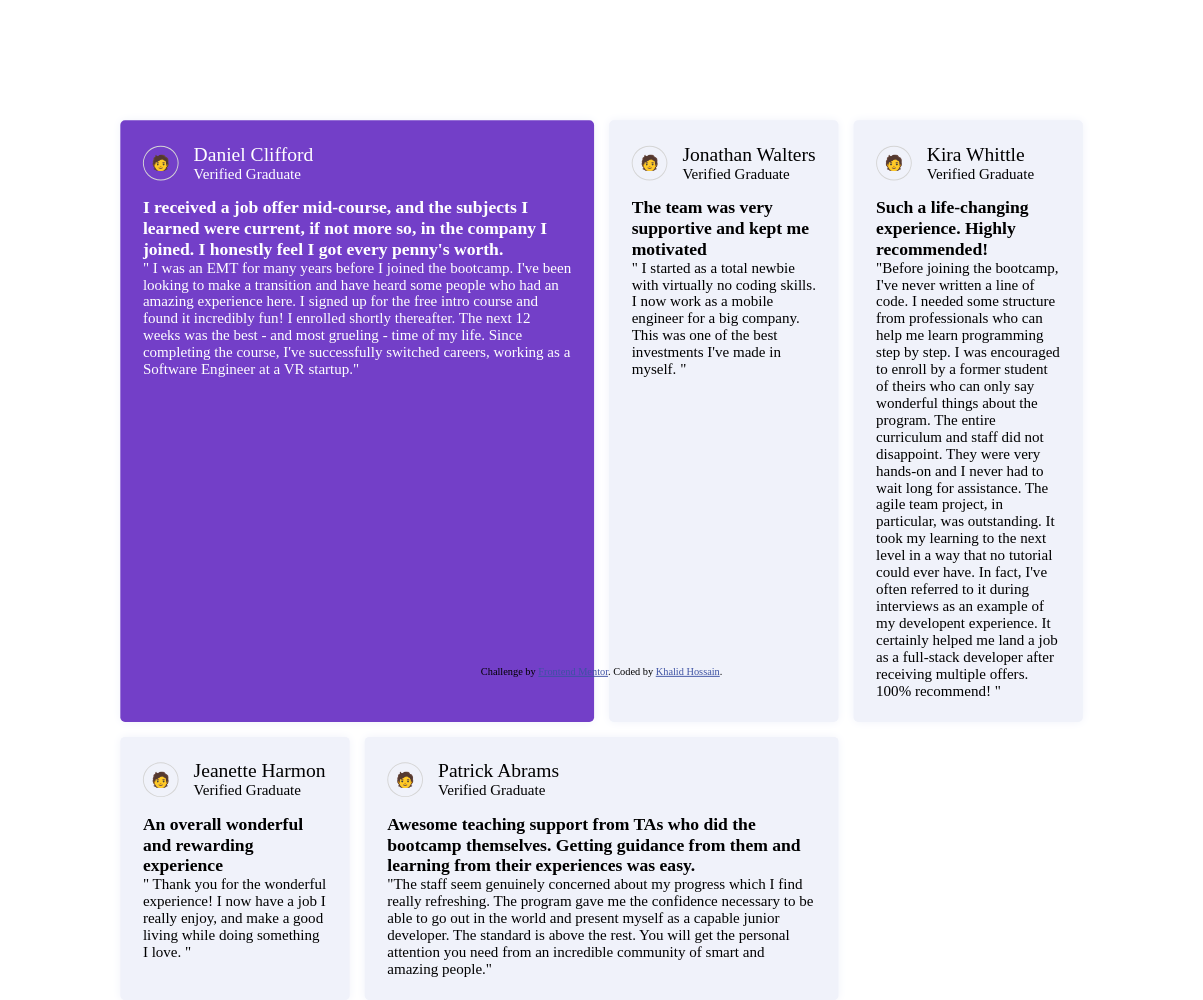
Repository: badhon252/Testimonials-Grid-Section
Page: index.html
An editor plug-in stored every save of this project. The page is shown before and after the next save, followed by the edit.
The browser window is 1280 px wide. The pictures show the whole page, at 94% of full size.

Above is the page before, as saved 2023-02-18 16:46:31.

After the next save:
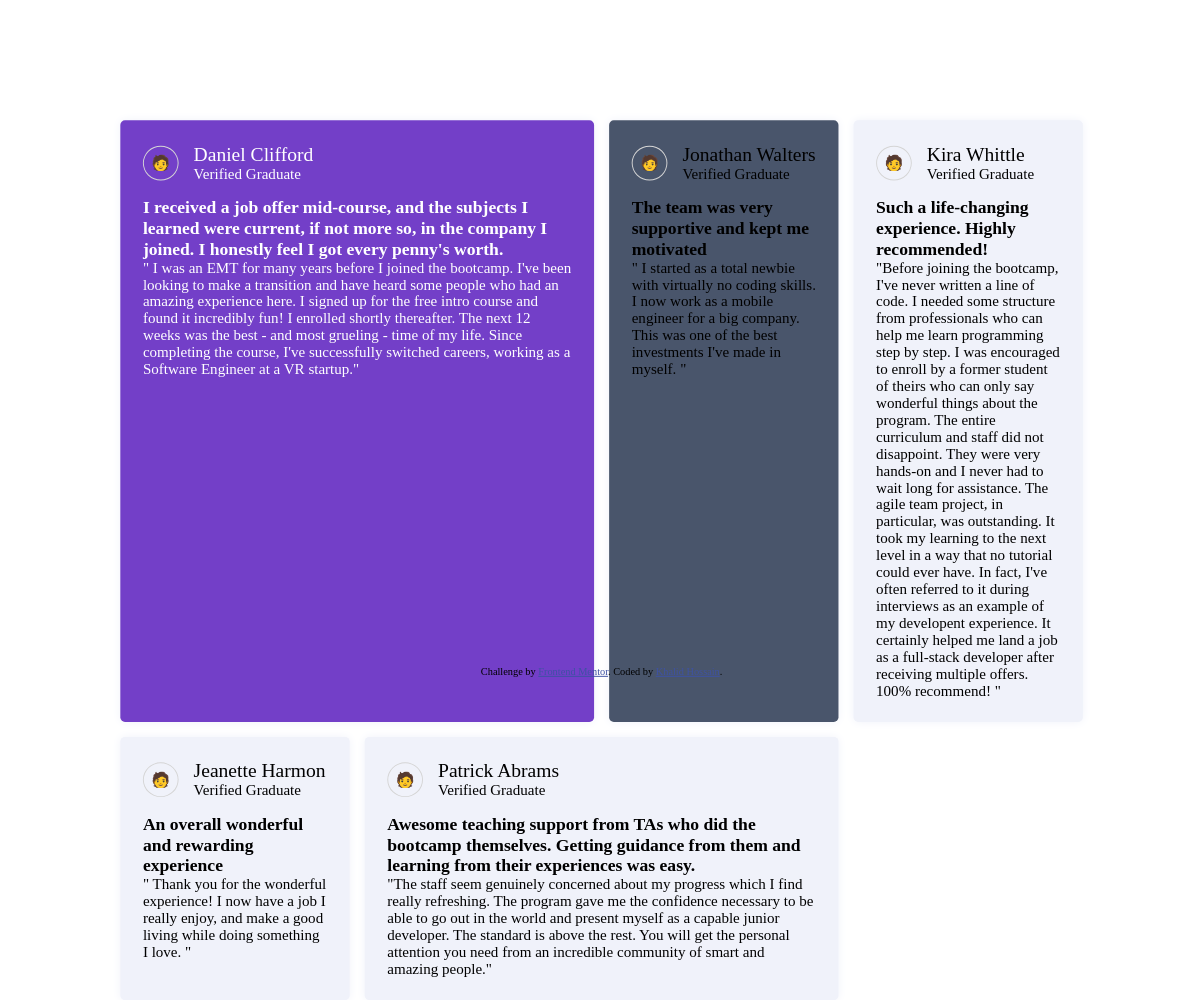
Saved 25 s later.
--- a/css/style.css
+++ b/css/style.css
@@ -57,7 +57,7 @@ body {
 .box2 {
     /* grid-area: box1; */
     order: 2;
-    background-color: hsl(227, 47%, 96%);
+    background-color: #49556b;
 }
 
 .box3 {
